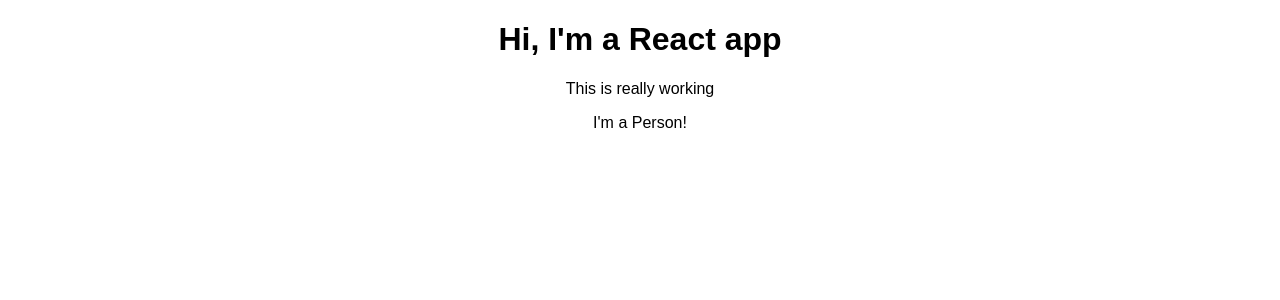
Repository: cristinadoroftei/FirstReactProject
Page: /
The author's editor kept a copy of each file at every save. The page is drawn from the files as they stood at one save, then again after the next save.
The browser window is 1280 px wide. The pictures show the whole page.
The project was rebuilt for these pictures with package versions that can differ from the ones it lists, and the page was loaded fresh each time.

Above is the page before, as saved 2020-07-08 09:31:35.

### src/App.js
//import React which is responsible for rendering things in the DOM and Component to extend the Component class
import React, { Component } from 'react';
import './App.css';
import Person from './Person/Person.js'


class App extends Component {
  render() {
    return (
      <div className="App">
        <h1>Hi, I'm a React app</h1>
        <p>This is really working</p>
        <Person />
      </div>
    );
    // return React.createElement('div', null, React.createElement('h1', {className: 'App'}, 'Hi, Im a react app!') )
  }
}

export default App;

### src/Person/Person.js
import React from 'react';


const person = () => {
    return <p>I'm a Person!</p>
}

export default person;

Loaded but not shown: public/index.html (common file); src/index.js (common file); src/index.css (common file); src/registerServiceWorker.js (common file); src/App.css (common file)

After the next save:
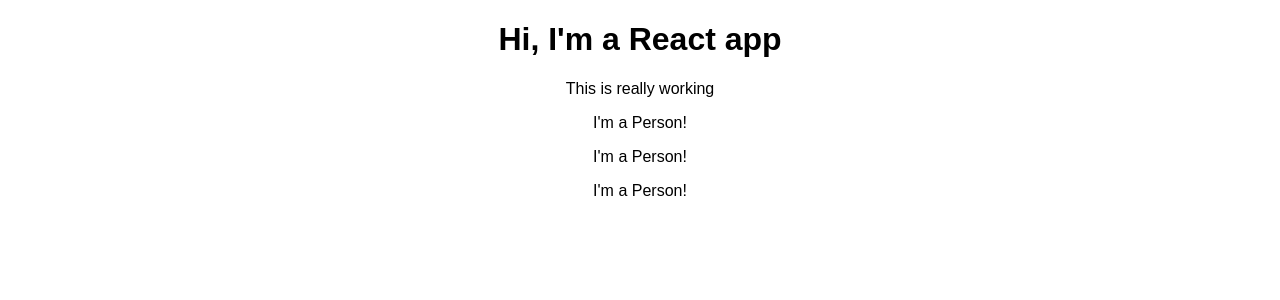
Saved 7 min 23 s later.
--- a/src/App.js
+++ b/src/App.js
@@ -11,6 +11,8 @@ class App extends Component {
         <h1>Hi, I'm a React app</h1>
         <p>This is really working</p>
         <Person />
+        <Person />
+        <Person />
       </div>
     );
     // return React.createElement('div', null, React.createElement('h1', {className: 'App'}, 'Hi, Im a react app!') )
